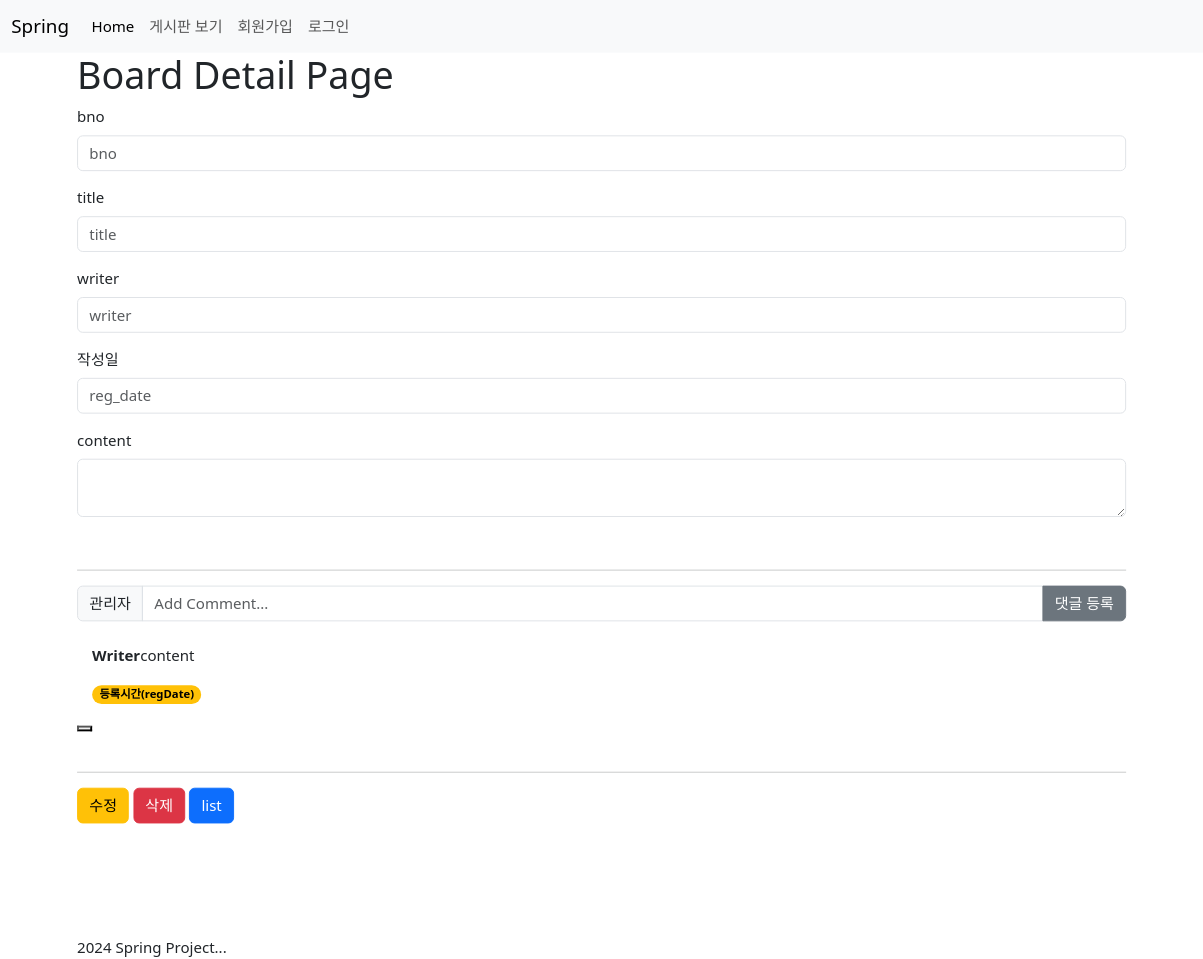
Repository: oco0217/SpringTest2
Page: http://localhost/spring_test2/WEB-INF/views/board/detail.jsp
The author's editor kept a copy of each file at every save. The page is drawn from the files as they stood at one save, then again after the next save.
The browser window is 1280 px wide. The pictures show the whole page, at 94% of full size.
The page is served by Tomcat 9. Nobody is signed in. Other server files are loaded and not shown. The template is opened directly, without the code that normally fills it, so the values that code supplies are empty.

Above is the page before, as saved 2024-05-02 03:21:47.
Console error: TypeError: Cannot read properties of null (reading 'addEventListener')

### spring_test2/src/main/webapp/WEB-INF/views/board/detail.jsp
<%@ page language="java" contentType="text/html; charset=UTF-8"
	pageEncoding="UTF-8"%>
<%@ taglib uri="http://java.sun.com/jsp/jstl/core" prefix="c"%>
<jsp:include page="../layout/header.jsp" />

<div class="container-md">
	<h1>Board Detail Page</h1>

	<%-- <c:set value="${bdto.bvo }" var="bvo" /> --%>

	<div class="mb-3">
		<label for="n" class="form-label">bno</label> <input type="text"
			class="form-control" id="n" placeholder="bno" name="bno"
			value="${bvo.bno }" readonly="readonly">
	</div>
	<div class="mb-3">
		<label for="t" class="form-label">title</label> <input type="text"
			class="form-control" id="t" placeholder="title" name="title"
			value="${bvo.title }" readonly="readonly">
	</div>
	<div class="mb-3">
		<label for="w" class="form-label">writer</label> <input type="text"
			class="form-control" id="w" placeholder="writer" name="writer"
			value="${bvo.writer }" readonly="readonly">
	</div>
	<div class="mb-3">
		<label for="r" class="form-label">작성일</label> <input type="text"
			class="form-control" id="r" placeholder="reg_date" name="reg_daet"
			value="${bvo.regDate }" readonly="readonly">
	</div>
	<div class="mb-3">
		<label for="w" class="form-label">content</label>
		<textarea class="form-control" id="c" name="content"
			aria-label="With textarea" readonly="readonly">${bvo.content }</textarea>
	</div>

	<!-- FIle upload 표시라인 -->
	<%-- <c:set value="${bdto.flist }" var="flist" /> --%>

	<%-- 	<div class="mb-3">

		<ul class="list-group list-group-flush">

			<!-- 파일 개수만큼 li를 반복하여 파일 표시 타입이 1인경우만 표시 -->
			<!-- li => div => img -->
			<!-- => div => 파일이름, 작성일, span size -->

			<c:forEach items="${flist }" var="fvo">
				<li class="list-group-item"><c:choose>
						<c:when test="${fvo.file_type > 0 }">
							<div>
								<img alt=""
									src="/upload/${fvo.save_dir }/${fvo.uuid}_${fvo.file_name}">
							</div>
						</c:when>
						<c:otherwise>
							<div>
								<!-- 파일 타입이 0인 경우 아이콘 모양 하나 가져와서 넣기 -->
							</div>
						</c:otherwise>
					</c:choose>
					<div>
						<div>${fvo.file_name }</div>
						${fvo.reg_date } <span class="badge text-bg-warning">${fvo.file_size }Byte</span>
					</div></li>
			</c:forEach>
		</ul>

	</div> --%>


	<br>
	<hr>
	<!-- Comment line -->

	<!-- 댓글 등록 라인 -->
	<div class="input-group mb-3">
		<span class="input-group-text" id="cmtWriter">관리자</span> <input
			type="text" id="cmtText" class="form-control"
			placeholder="Add Comment..." aria-label="Username"
			aria-describedby="basic-addon1">
		<button type="button" id="cmtAddBtn" class="btn btn-secondary">댓글
			등록</button>
	</div>

	<!-- 댓글 출력 라인 -->

	<ul class="list-group list-group-flush" id="cmtListArea">
		<li class="list-group-item">
			<div class="input-group mb-3">
				<div class="fw-bold">Writer</div>
				content
			</div> <span class="badge rounded-pill text-bg-warning">등록시간(regDate)</span>
		</li>
	</ul>

	<!-- 댓글 더보기 버튼 -->
	<div>
		<button></button>
	</div>
	<br>
	<hr>

	<a href="/board/modify?bno=${bvo.bno }"><button type="button"
			class="btn btn-warning">수정</button></a> <a
		href="/board/remove?bno=${bvo.bno }"><button type="button"
			class="btn btn-danger">삭제</button></a> <a href="/board/list"><button
			type="button" class="btn btn-primary">list</button></a> <br> <br>
	<br> <br> <br> <br>

</div>
<jsp:include page="../layout/footer.jsp" />

<!-- <script type="text/javascript">
const bnoVal = `<c:out value="${bvo.bno}"/>`;
const writerVal = `<c:out value="${ses.id}"/>`;
</script>
<script type="text/javascript" src="/resources/js/boardDetailComment.js" ></script>

<script type="text/javascript">
spreadCommentList(bnoVal);
</script> -->

### spring_test2/src/main/webapp/WEB-INF/views/layout/header.jsp
<%@ page language="java" contentType="text/html; charset=UTF-8"
    pageEncoding="UTF-8"%>
    <%@ taglib uri="http://java.sun.com/jsp/jstl/core" prefix="c" %>
    <%@ taglib uri="http://www.springframework.org/security/tags" prefix="sec" %>
<!DOCTYPE html>
<html>
<head>
<meta charset="UTF-8">
<title>header.jsp</title>
<link href="/re/css/bootstrap.min.css" rel="stylesheet" integrity="sha384-QWTKZyjpPEjISv5WaRU9OFeRpok6YctnYmDr5pNlyT2bRjXh0JMhjY6hW+ALEwIH" crossorigin="anonymous">
<script src="/re/js/bootstrap.bundle.min.js" integrity="sha384-YvpcrYf0tY3lHB60NNkmXc5s9fDVZLESaAA55NDzOxhy9GkcIdslK1eN7N6jIeHz" crossorigin="anonymous"></script>
</head>
<body>
<nav class="navbar navbar-expand-lg bg-body-tertiary">
  <div class="container-fluid">
    <a class="navbar-brand" href="#">Spring</a>
    <button class="navbar-toggler" type="button" data-bs-toggle="collapse" data-bs-target="#navbarSupportedContent" aria-controls="navbarSupportedContent" aria-expanded="false" aria-label="Toggle navigation">
      <span class="navbar-toggler-icon"></span>
    </button>
    <div class="collapse navbar-collapse" id="navbarSupportedContent">
      <ul class="navbar-nav me-auto mb-2 mb-lg-0">
        <li class="nav-item">
          <a class="nav-link active" aria-current="page" href="/">Home</a>
        </li>
        <li class="nav-item">
          <a class="nav-link" href="/board/list">게시판 보기</a>
        </li>

        <sec:authorize access="isAnonymous()">
        <li class="nav-item">
          <a class="nav-link" href="/user/register">회원가입</a>
        </li>
         <li class="nav-item">
          <a class="nav-link" href="/user/login">로그인</a>
        </li>
        </sec:authorize>

               <!-- 권한이 있는지 확인 -->
               <!-- access에 권한이 있는지 확인 -->
               <!-- 현재 사용자의 정보 : principal객체 안에 있다. -->
        <sec:authorize access="isAuthenticated()">
        <sec:authentication property="principal.uvo.email" var="authEmail"/>
        <sec:authentication property="principal.uvo.nickName" var="authNick"/>
        <sec:authentication property="principal.uvo.authList" var="auths"/>
        <c:choose>
        	<c:when test="${auths.stream().anyMatch(authVO -> authVO.auth.equals('ROLE_ADMIN')).get()}">
         		<li class="nav-item">
          			<a class="nav-link" href="/user/list">회원리스트 ${authNick }(${authEmail } / ADMIN)</a>
        		</li>
        	</c:when>
        	<c:otherwise>
         <li class="nav-item">
          <a class="nav-link" href="/user/modify?email=${authEmail }">회원정보수정${authNick }(${authEmail })</a>
        </li>
        	</c:otherwise>
        </c:choose>
       	<li class="nav-item">
          <a class="nav-link" href="/board/register">게시판 글쓰기</a>
        </li>
         <li class="nav-item">
          <a class="nav-link" href="" id="logoutLink">로그아웃</a>
        </li>
        <form action="/user/logout" method="post" id="logoutForm">
        <!-- 인증된 계정의 이메일 -->
        <input type="hidden" name="email" value="${authEmail }">
        </form>


        </sec:authorize>




        <%--
        <c:if test="${ses ne null }">
        <li class="nav-item">
          <a class="nav-link" href="/user/logout">로그아웃</a>
        </li>
        <li class="nav-item">
          <a class="nav-link" href="/member/modify">${ses.id }(${ses.email }) Welcome!!</a>
        </li>
        </c:if> --%>
      </ul>
    </div>
  </div>
</nav>


<script type="text/javascript">

document.getElementById('logoutLink').addEventListener('click',(e)=>{
	e.preventDefault();
    document.getElementById('logoutForm').submit();

});

</script>

### spring_test2/src/main/webapp/WEB-INF/views/layout/footer.jsp
<%@ page language="java" contentType="text/html; charset=UTF-8"
    pageEncoding="UTF-8"%>

<div class="container-md">
2024 Spring Project...
</div>

</body>
</html>

Loaded but not shown: spring_test2/src/main/webapp/resources/css/bootstrap.min.css (library); spring_test2/src/main/webapp/resources/js/bootstrap.bundle.min.js (library)

After the next save:
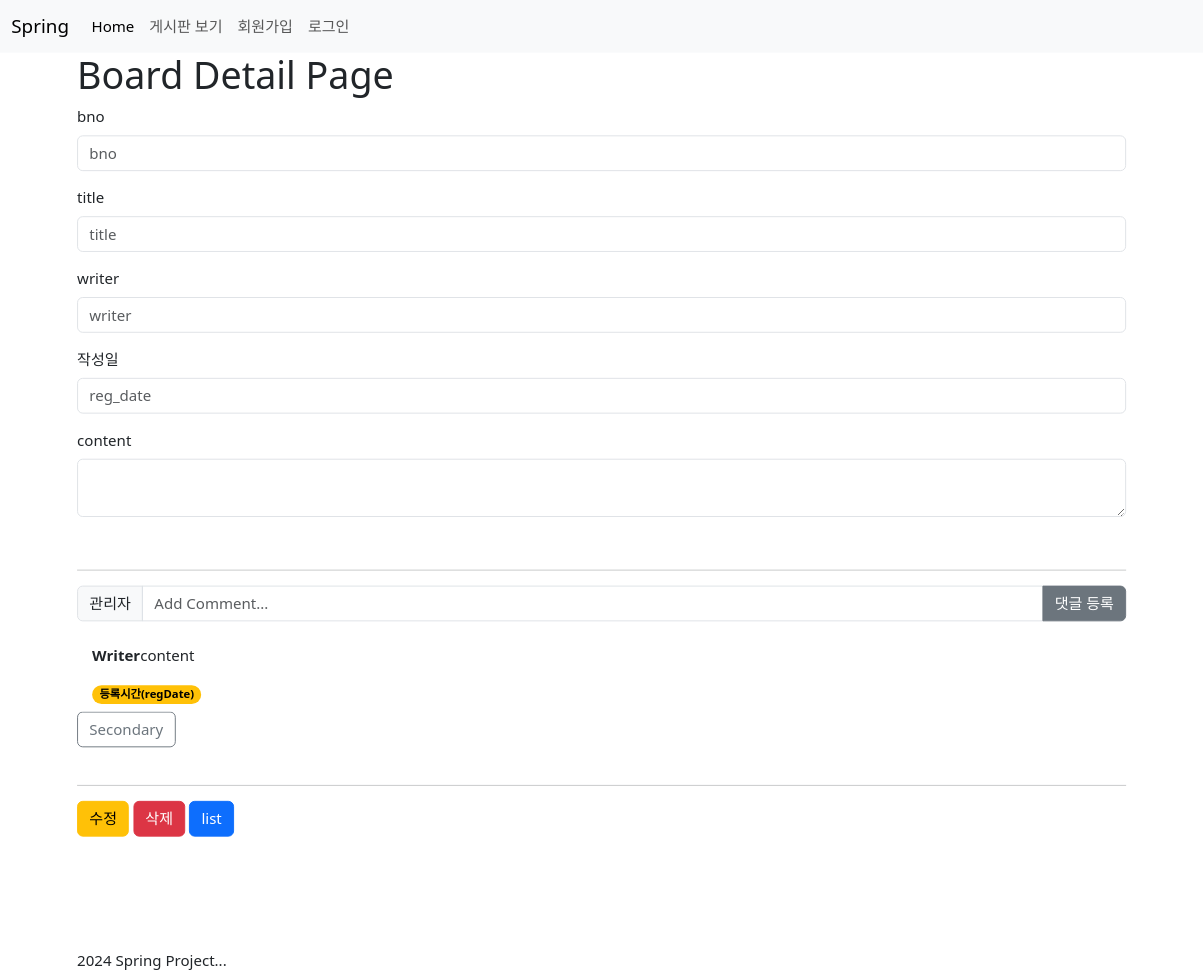
Saved 33 s later.
--- a/spring_test2/src/main/webapp/WEB-INF/views/board/detail.jsp
+++ b/spring_test2/src/main/webapp/WEB-INF/views/board/detail.jsp
@@ -96,7 +96,7 @@
 
 	<!-- 댓글 더보기 버튼 -->
 	<div>
-		<button></button>
+		<button type="button" class="btn btn-outline-secondary">Secondary</button>
 	</div>
 	<br>
 	<hr>
